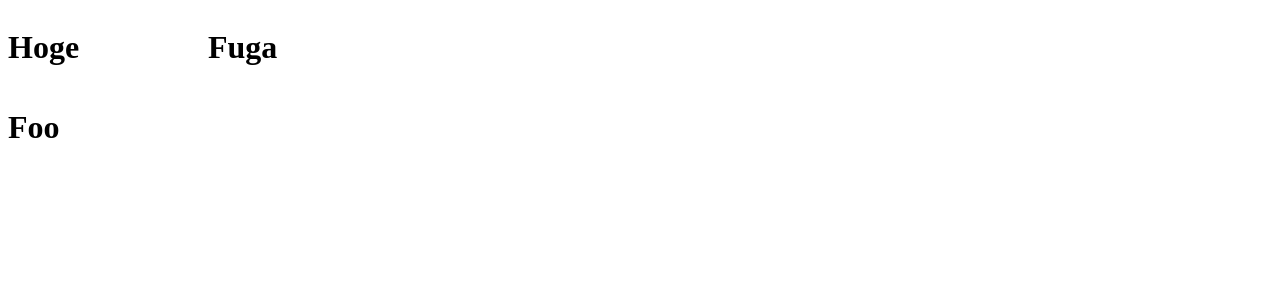
Repository: Yuuki-JP/samurai_HTML-CSS
Page: index.html
The author's editor kept a record of every edit. The page is drawn from the files as they stood at one moment, then again after the next edit.
The browser window is 1280 px wide. The pictures show the whole page.

Above is the page before.

### index.html
<!DOCTYPE HTML>
<html lang="ja">
    <head>
        <style>
            #grid {
                display: grid;
                grid-template-columns: 200px 10px;
            }
        </style>
    </head>
    <body>
        <div id="grid">
            <h1>Hoge</h1>
            <h1>Fuga</h1>
            <h1>Foo</h1>
           <!-- <h1>Bar</h1> -->
        </div>
    </body>
</html>

After the next edit:
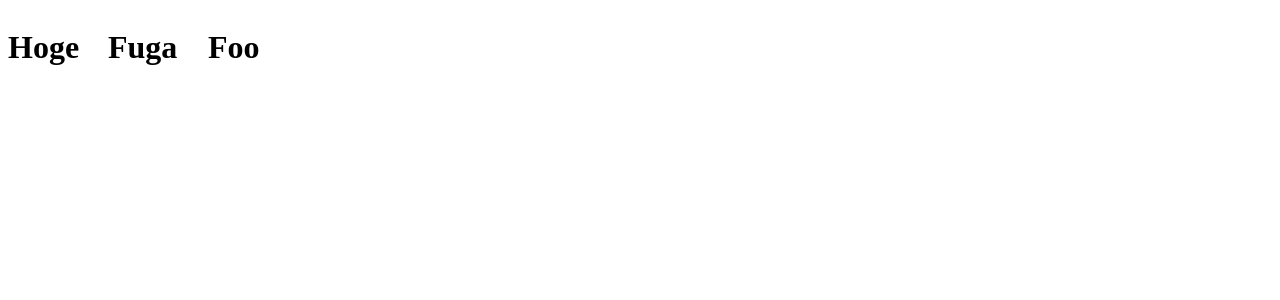
The edit:
--- a/index.html
+++ b/index.html
@@ -4,7 +4,7 @@
         <style>
             #grid {
                 display: grid;
-                grid-template-columns: 200px 10px;
+                grid-template-columns: 100px 100px 100px
             }
         </style>
     </head>
